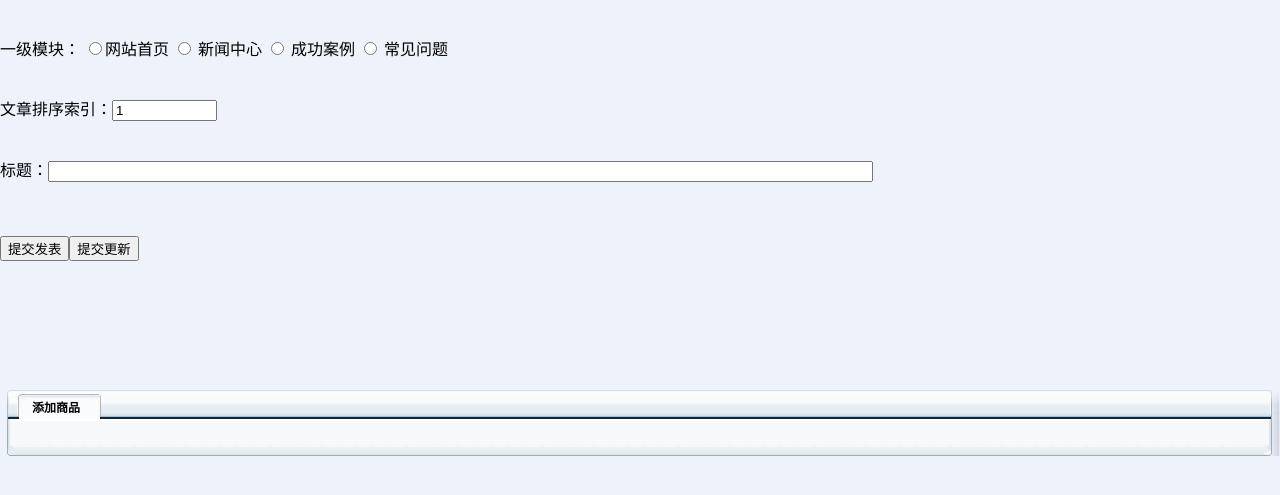
Repository: wzhcxw/shop
Page: ShopOnline/WebContent/admin/editor.html
An editor plug-in stored every save of this project. The page is shown before and after the next save, followed by the edit.
The browser window is 1280 px wide. The pictures show the whole page.

Above is the page before, as saved 2014-09-25 02:15:45.

After the next save:
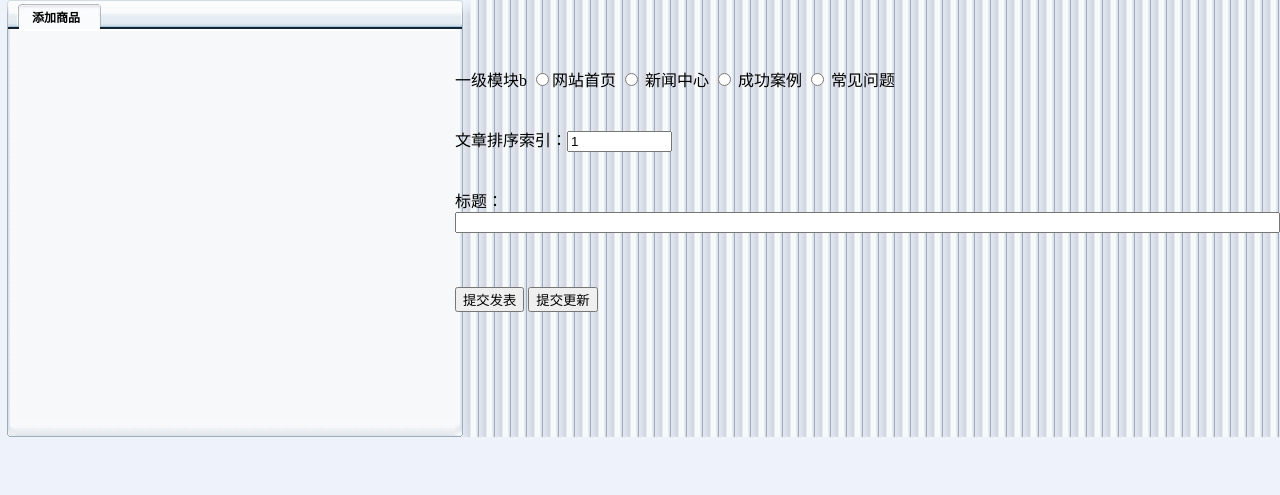
Saved 5 min 24 s later.
--- a/ShopOnline/WebContent/admin/editor.html
+++ b/ShopOnline/WebContent/admin/editor.html
@@ -145,10 +145,17 @@ background-color: #EEF2FB;
 <td width="16" valign="top" background="../admin/images/mail_rightbg.gif"><img src="../admin/images/nav-right-bg.gif" width="16" height="29" /></td>
 </tr>
 
-<tr>
+
+<tr>
+<td valign="middle" background="../admin/images/mail_leftbg.gif">&nbsp;</td>
+<td valign="top" bgcolor="#F7F8F9">&nbsp;</td>
+<td background="../admin/images/mail_rightbg.gif">&nbsp;
+
+
+
  	<br>
 	<br>
-	一级模块：
+	一级模块b
 	<input type="radio" onclick="writeSecondMod(this)" name="whichpage" value="home" />网站首页
 	<input type="radio" onclick="writeSecondMod(this)" name="whichpage" value="news" /> 新闻中心
 	<input type="radio" onclick="writeSecondMod(this)" name="whichpage" value="sucessexample" /> 成功案例
@@ -178,13 +185,11 @@ background-color: #EEF2FB;
 	<br>
 	<h1></h1>
 
-</tr>
-
-
-<tr>
-<td valign="middle" background="../admin/images/mail_leftbg.gif">&nbsp;</td>
-<td valign="top" bgcolor="#F7F8F9">&nbsp;</td>
-<td background="../admin/images/mail_rightbg.gif">&nbsp;</td>
+
+
+
+
+</td>
 </tr>
 <tr>
 <td valign="bottom" background="../admin/images/mail_leftbg.gif"><img src="../admin/images/buttom_left2.gif" width="17" height="17" /></td>
